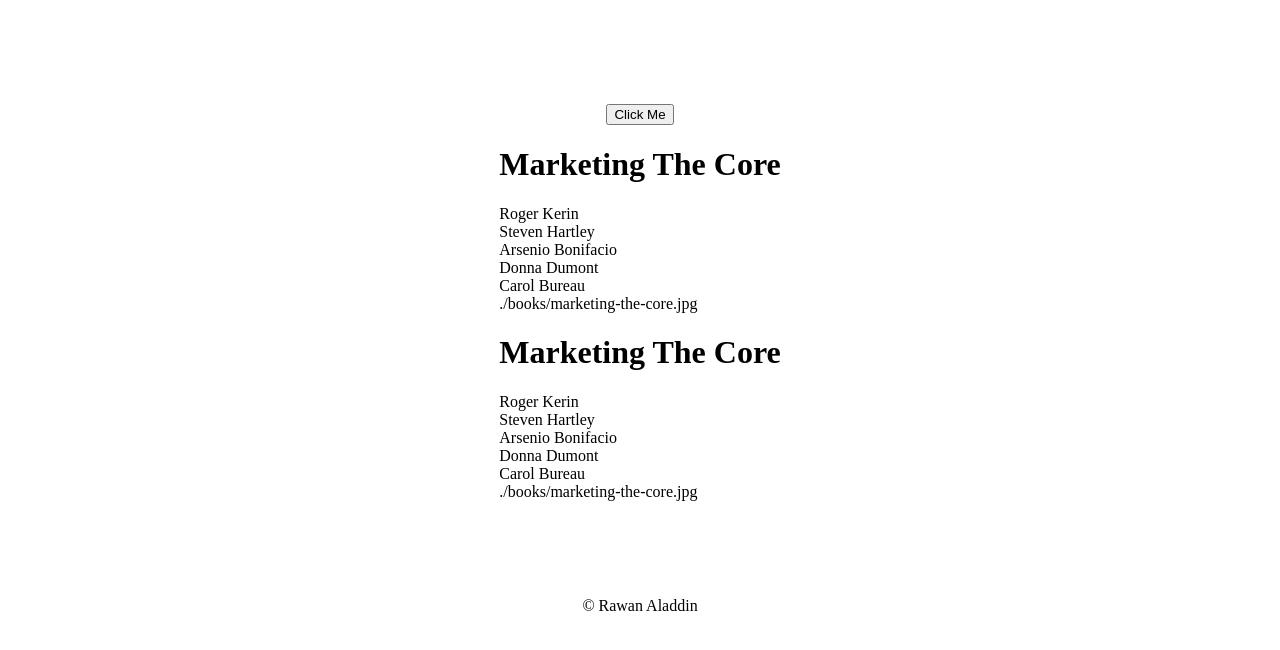
Repository: Aladdin3r/mdia2109
Page: / (app in a01386700_aladdin_assessment_3/), after clicking the first element matching `button`
An editor plug-in stored every save of this project. The page is shown before and after the next save, followed by the edit.
The browser window is 1280 px wide. The pictures show the whole page.
The project was rebuilt for these pictures with package versions that can differ from the ones it lists, and the page was loaded fresh each time. The framework's server and built-in components were replaced by stand-ins that run in the browser. Also part of the build but not shown: a01386700_aladdin_assessment_3/next.config.mjs.

Above is the page before, as saved 2024-02-13 13:54:47.

After the next save:
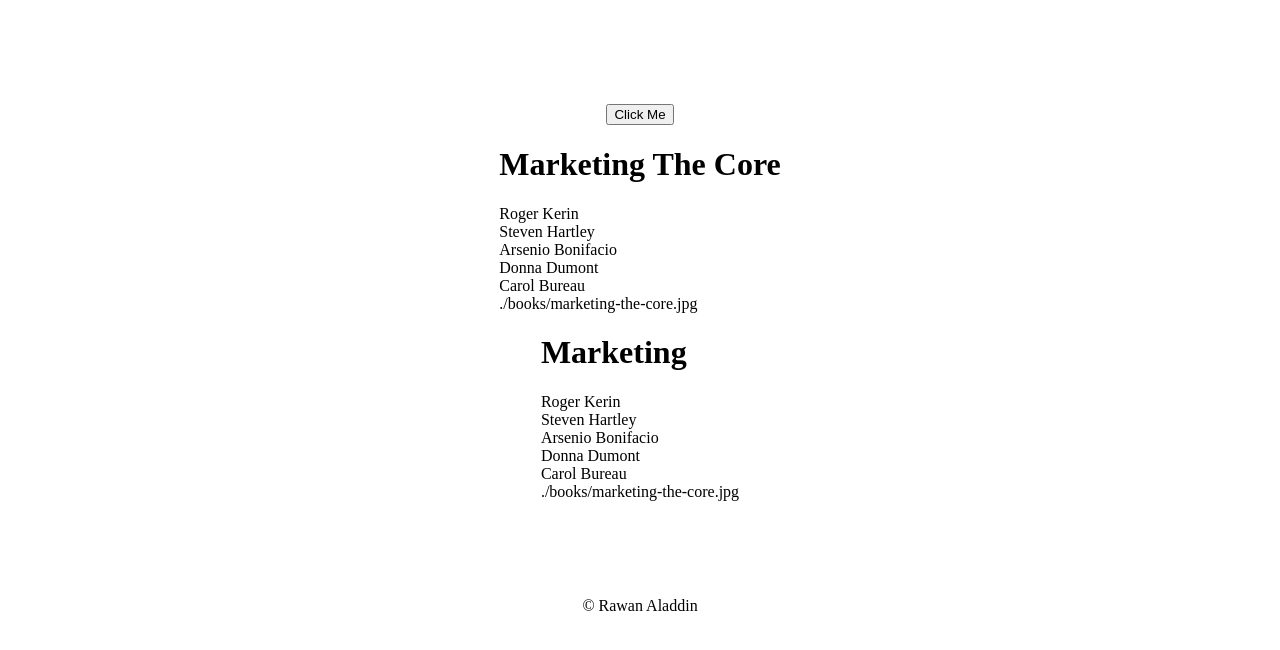
Saved 5 s later.
--- a/a01386700_aladdin_assessment_3/data/books.js
+++ b/a01386700_aladdin_assessment_3/data/books.js
@@ -37,7 +37,7 @@ export const inventory = {
         },
         {
             course: "MKTG 3304",
-            title: "Marketing The Core",
+            title: "Marketing",
             authors: ["Roger Kerin", "Steven Hartley", "Arsenio Bonifacio", "Donna Dumont", "Carol Bureau"],
             edition: 6,
             image: "./books/marketing-the-core.jpg"
